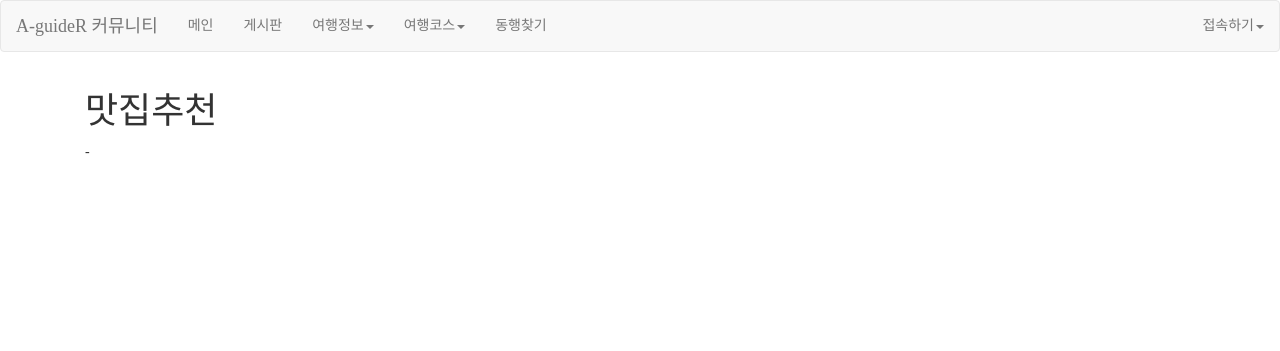
Repository: endol007/TripPuzzle
Page: http://localhost/BBS/inforestaurant.jsp
These files come from the project's save history. The page is drawn as it stood at one moment and after the next save; the edit follows.
The browser window is 1280 px wide. The pictures show the whole page.
Some web fonts or font styles are not loaded; a fallback is used. Some web libraries are served in a nearby version. The page is served by Tomcat 9.

Above is the page before, as saved 2019-08-21 16:04:43.

After the next save:
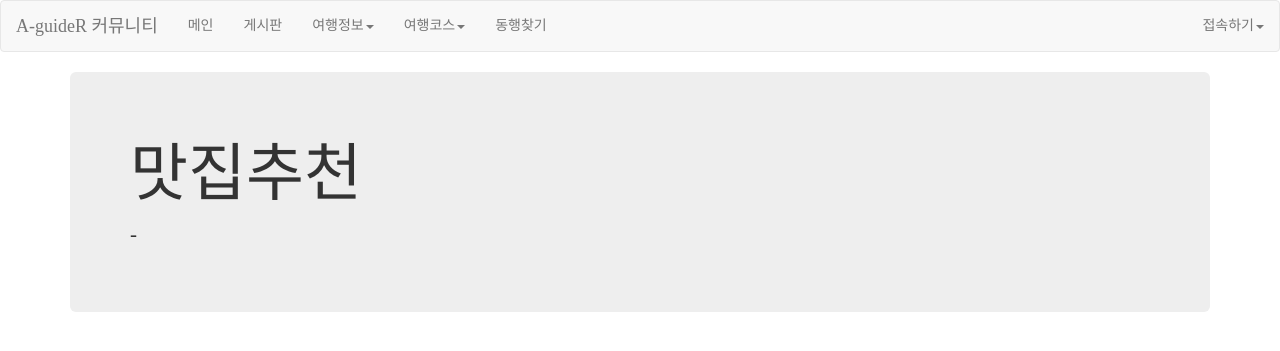
Saved 15 s later.
--- a/Yun/JSP 커뮤니티/Project/BBS/WebContent/inforestaurant.jsp
+++ b/Yun/JSP 커뮤니티/Project/BBS/WebContent/inforestaurant.jsp
@@ -83,12 +83,10 @@
 </div>
 </nav>
 <div class="container">
-
-<div class="container">
+<div class="jumbotron">
 <h1>맛집추천</h1>
 <p>-</p>
 </div>
-
 </div>
 <script src="http://code.jquery.com/jquery-3.1.1.min.js"></script>
 <script src=js/bootstrap.js></script>

After the save that followed:
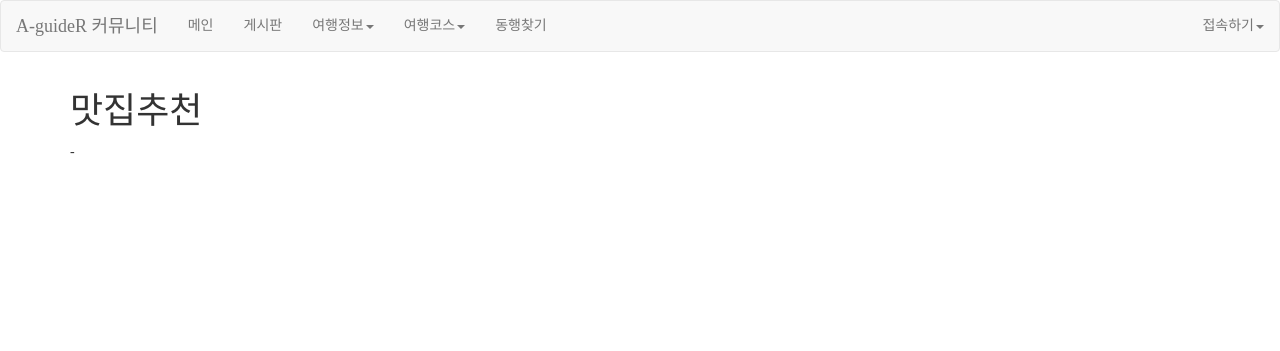
Saved 14 s later.
--- a/Yun/JSP 커뮤니티/Project/BBS/WebContent/inforestaurant.jsp
+++ b/Yun/JSP 커뮤니티/Project/BBS/WebContent/inforestaurant.jsp
@@ -83,7 +83,7 @@
 </div>
 </nav>
 <div class="container">
-<div class="jumbotron">
+<div class="tron">
 <h1>맛집추천</h1>
 <p>-</p>
 </div>
